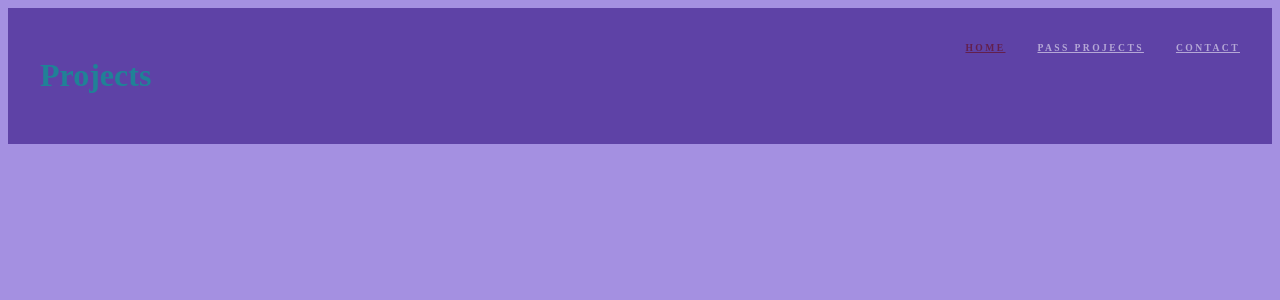
Repository: NyleNC/main
Page: projects.html
These files come from the project's save history. The page is drawn as it stood at one moment and after the next save; the edit follows.
The browser window is 1280 px wide. The pictures show the whole page.
The pointer rests on the first visible `#header > nav > ul > li a`.

Above is the page before, as saved 2024-11-06 23:35:37.

After the next save:
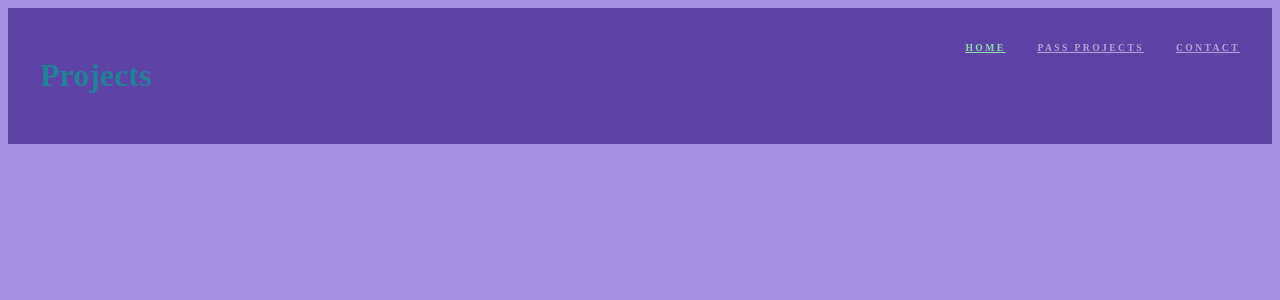
Saved 19 s later.
--- a/style.css
+++ b/style.css
@@ -56,7 +56,7 @@ body{
                 }
 
                     #header > nav > ul > li a:hover {
-                        color: rgba(104, 3, 3, 0.55)
+                        color: rgb(144, 225, 164)
                     }
 
                     #header > nav > ul > li a.active {
